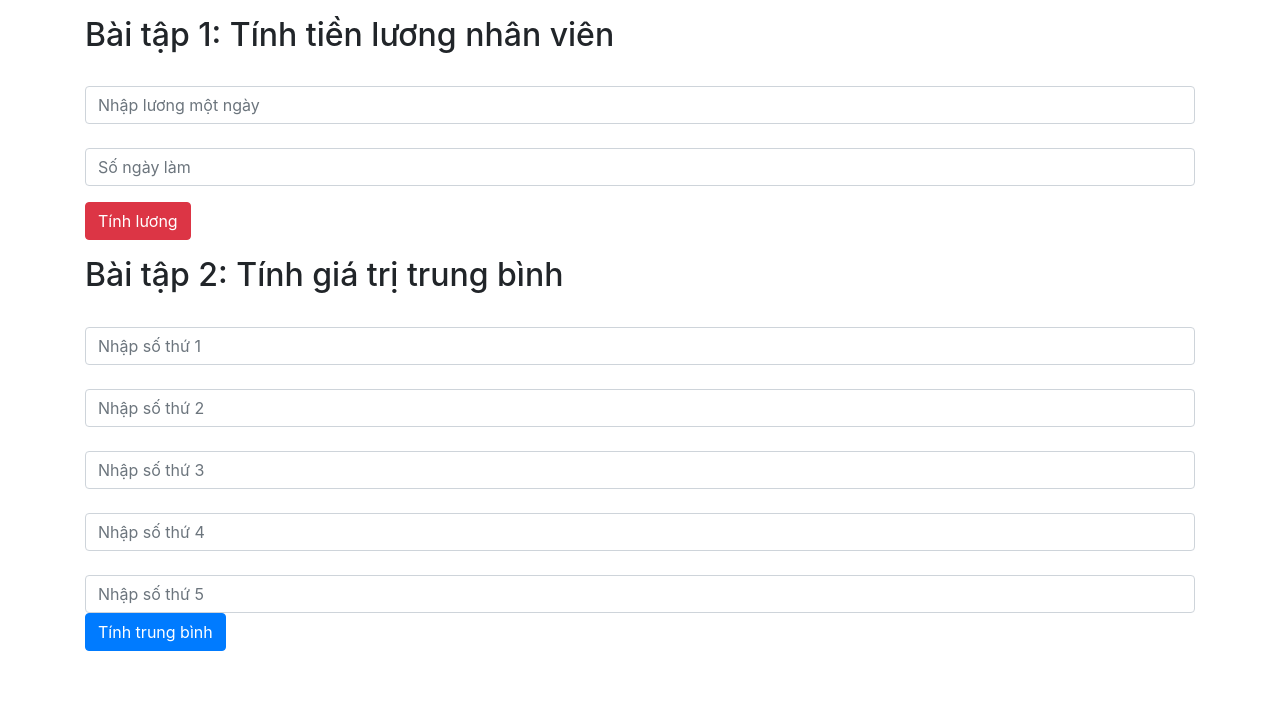
Repository: thanhfrankie/BC10-LeMinhThanh-Js-b2-3
Page: index.html
An editor plug-in stored every save of this project. The page is shown before and after the next save, followed by the edit.
The browser window is 1280 px wide. The pictures show the whole page.

Above is the page before, as saved 2023-12-15 15:29:05.

After the next save:
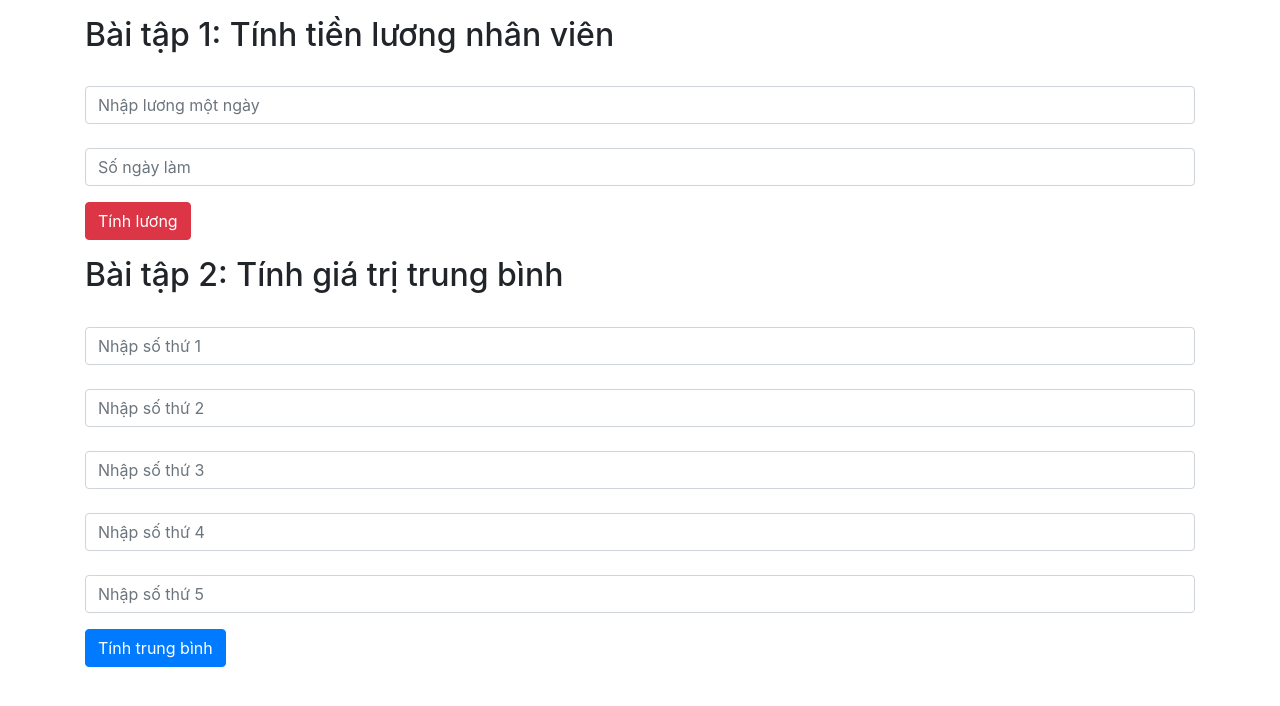
Saved 21 s later.
--- a/index.html
+++ b/index.html
@@ -97,7 +97,7 @@
           aria-describedby="helpId"
           placeholder="Nhập số thứ 5"
         />
-        <button type="button" onclick="tinhTrungBinh()" class="btn btn-primary">
+        <button type="button" onclick="tinhTrungBinh()" class="btn btn-primary mt-3">
           Tính trung bình
         </button>
         <h2 id="ket-qua"></h2>
